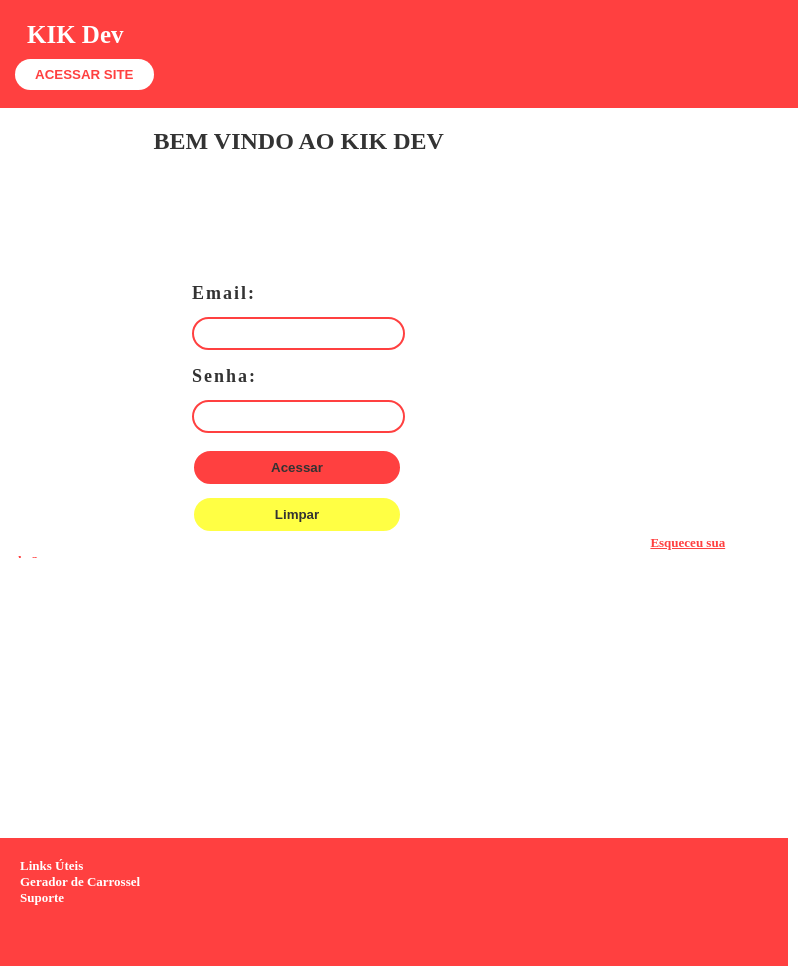
Repository: devgabrielvieira/kikdev
Page: index.html
The author's editor kept a copy of each file at every save. The page is drawn from the files as they stood at one save, then again after a run of saves.
The browser window is 768 px wide. The page is 798 px wide, so the pictures cover 798 px, including what lies to the right of the window. The pictures show the whole page.

Above is the page before, as saved 2022-10-30 19:00:42.

After the next 3 saves:
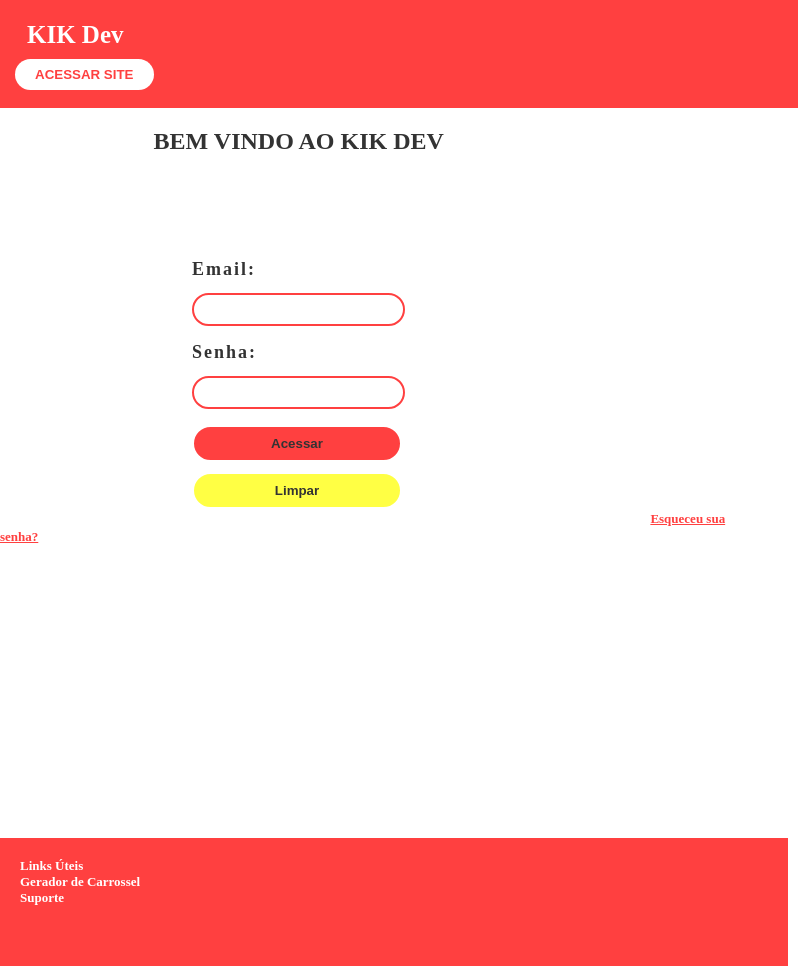
The 3 saves are shown as one change because they came seconds apart.
The last was saved 9 s later.
--- a/style-mobile.css
+++ b/style-mobile.css
@@ -128,7 +128,7 @@
   h2 {
     width: 100%;
     display: inline-flex;
-    margin-bottom: 2rem;
+    margin-bottom: 0.5rem;
     margin-left: 20%;
     color: #333333;
   }
